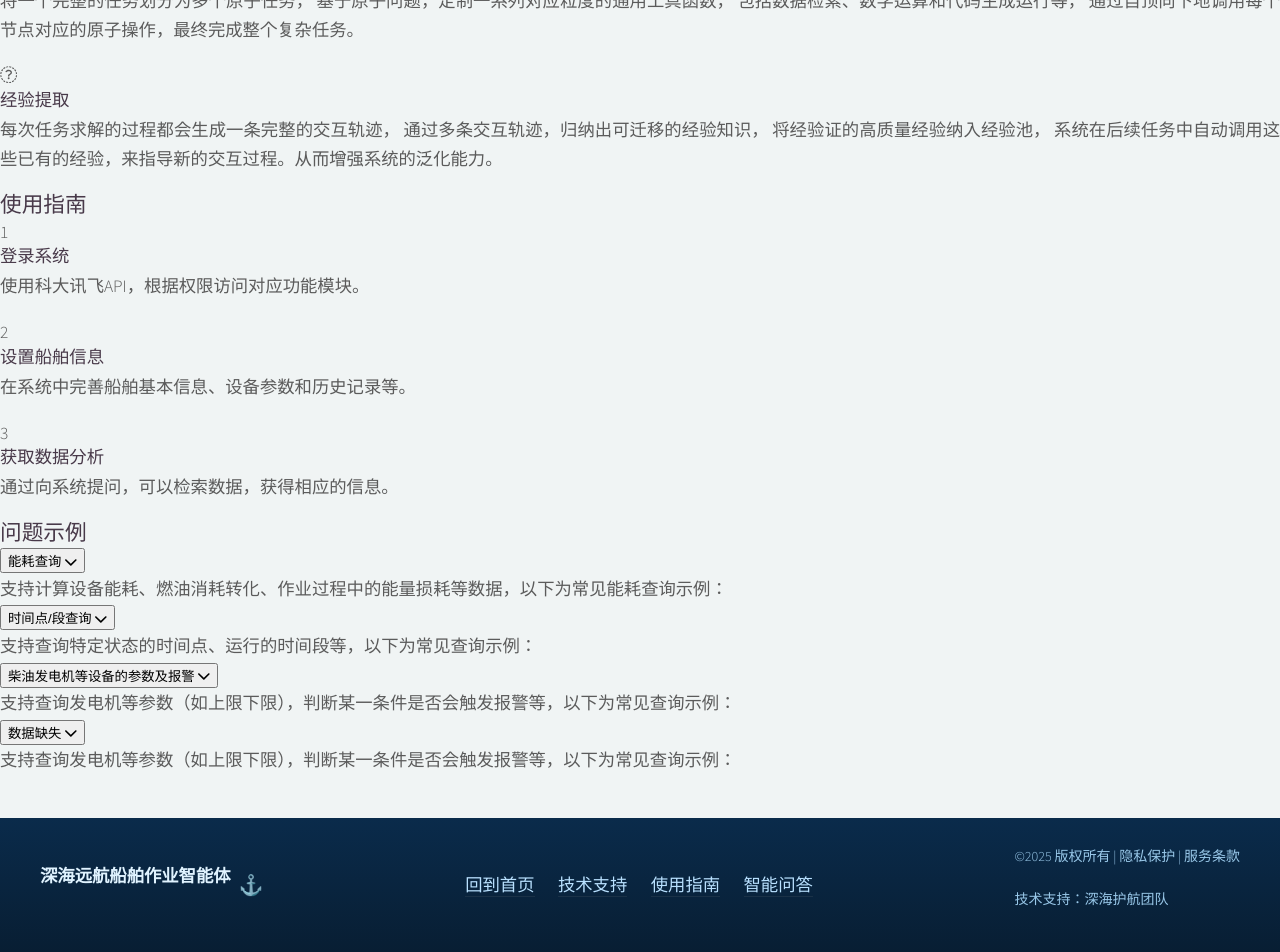
Repository: ShiCheng0104/AIC
Page: QingJing-agent/前端/深海远航船舶作业智能体/About.html
An editor plug-in stored every save of this project. The page is shown before and after the next save, followed by the edit.
The browser window is 1280 px wide. The pictures show the part of the page from y = 588 to 1540 px (the page is 1540 px tall).
Backgrounds fixed to the window are drawn as part of the page.

Above is the page before, as saved 2025-07-03 14:45:50.

After the next save:
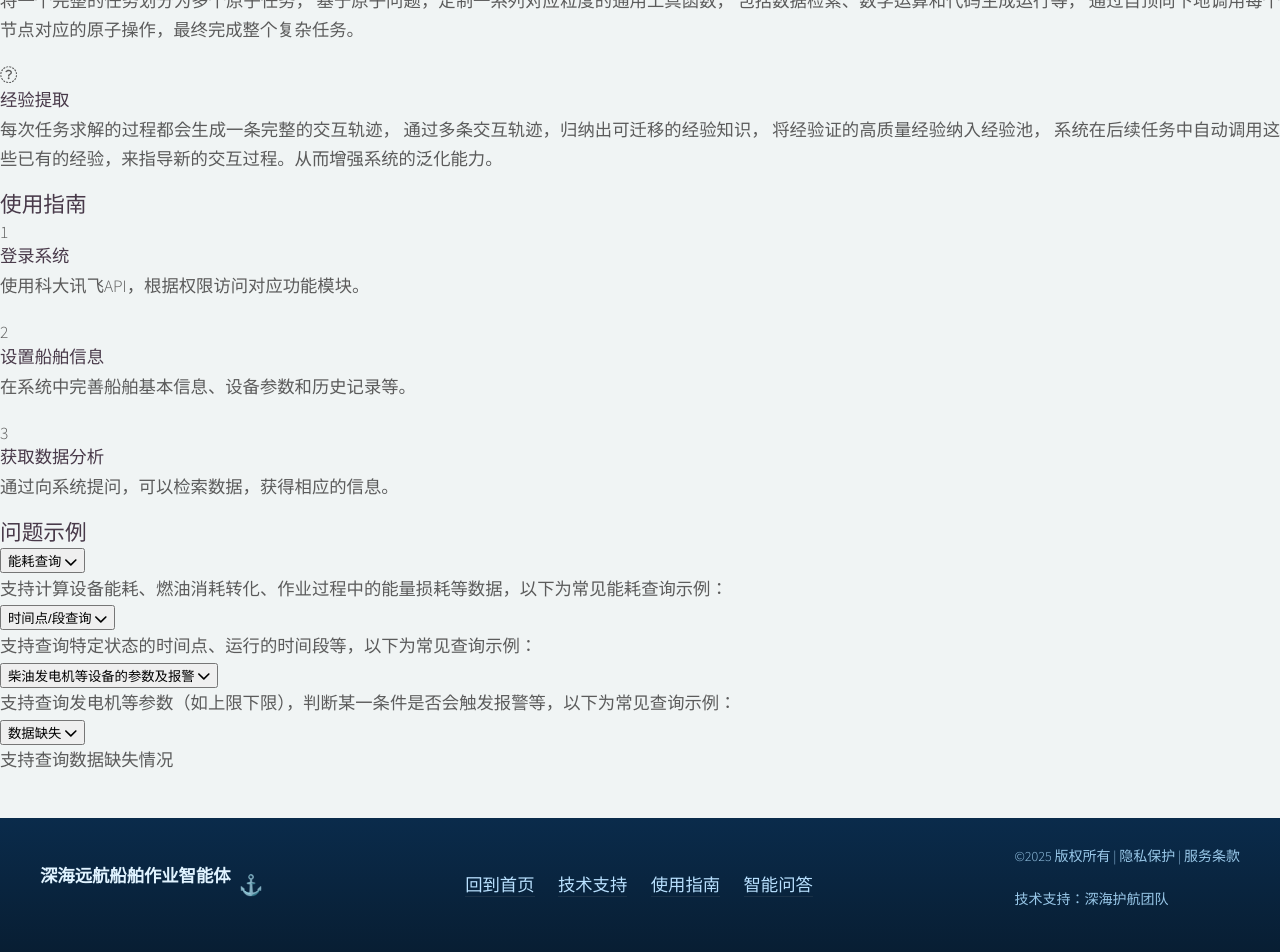
Saved 18 s later.
--- a/QingJing-agent/前端/深海远航船舶作业智能体/About.html
+++ b/QingJing-agent/前端/深海远航船舶作业智能体/About.html
@@ -305,7 +305,7 @@
 
 						<!-- 新增：固定显示的描述文字（在按钮下方，始终可见） -->
 						<div class="px-6 py-3 bg-gray-50 border-t border-neutralDark text-sm text-gray-500">
-							支持查询发电机等参数（如上限下限），判断某一条件是否会触发报警等，以下为常见查询示例：
+							支持查询数据缺失情况
 						</div>
 
 						<!-- 隐藏的多条示例内容（点击按钮才显示） -->
